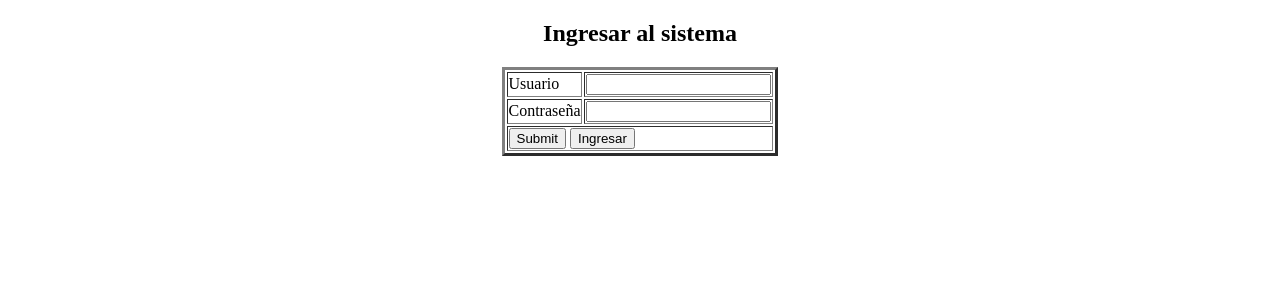
Repository: NayshaOCruz98/CL2ORTIZ
Page: http://localhost/LPII_CL2_ORTIZCRUZNAYSHA/
These files come from the project's save history. The page is drawn as it stood at one moment and after the next save; the edit follows.
The browser window is 1280 px wide. The pictures show the whole page.
The page is served by Tomcat 9. Other server files are loaded and not shown.

Above is the page before, as saved 2023-10-24 19:34:17.

### LPII_CL2_ORTIZCRUZNAYSHA/src/main/webapp/index.jsp
<%@ page language="java" contentType="text/html; charset=ISO-8859-1"
    pageEncoding="ISO-8859-1"%>

<!DOCTYPE html>
<html>
<head>
<meta http-equiv="Content-Type" content="text/html; charset=ISO-8859-1">
<title>Ventana Usuario</title>
</head>
<body>
<h2 align="center">Ingresar al sistema</h2>

<form action="ControladorServlet" method="post">

<table align="center" border="3">
<tr>
<td>Usuario</td>
<td><input type="text" name="usuario"></td>
</tr>
<tr>
<td>Contraseña</td>
<td><input type="text" name="usuario"></td>
</tr>
<tr>
<td colspan="2">
<input type="submit" name="Registra usuario">
<a href="ControladorServletprod"> <button>Ingresar</button></a></td>
</td>
</tr>



</table>
</form>



</form>
</body>
</html>

After the next save:
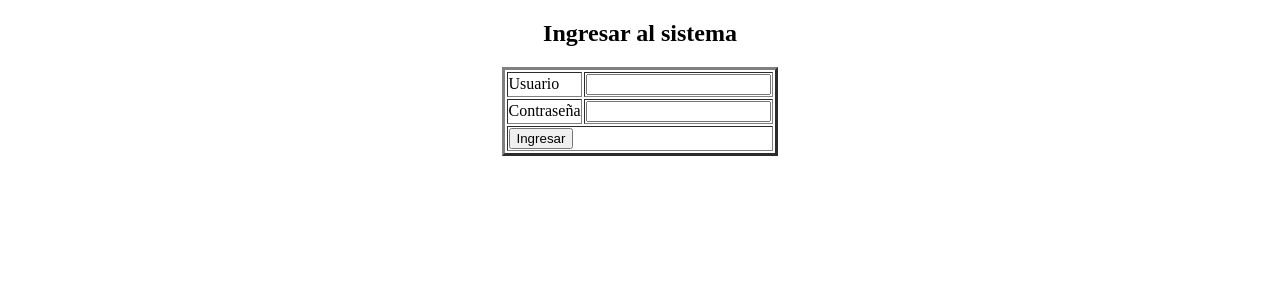
Saved 53 s later.
--- a/LPII_CL2_ORTIZCRUZNAYSHA/src/main/webapp/index.jsp
+++ b/LPII_CL2_ORTIZCRUZNAYSHA/src/main/webapp/index.jsp
@@ -23,7 +23,6 @@
 </tr>
 <tr>
 <td colspan="2">
-<input type="submit" name="Registra usuario">
 <a href="ControladorServletprod"> <button>Ingresar</button></a></td>
 </td>
 </tr>
